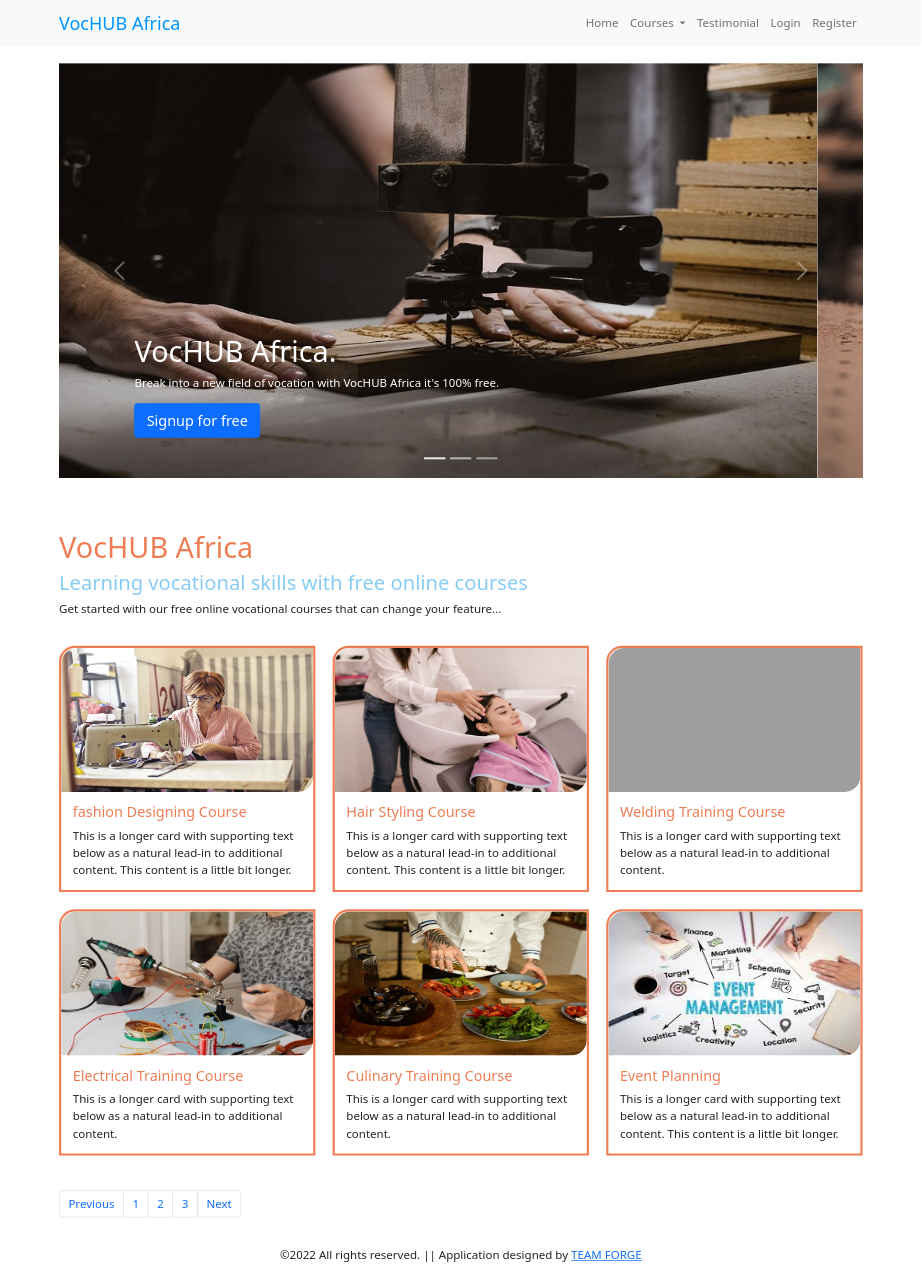
Repository: EKem01/VocHUB-Africa-Project
Page: / (app in client/)
The author's editor kept a copy of each file at every save. The page is drawn from the files as they stood at one save, then again after the next save.
The browser window is 1280 px wide. The pictures show the whole page, at 72% of full size.
Pictures or frames that could not be fetched are drawn as grey boxes. The project was rebuilt for these pictures with package versions that can differ from the ones it lists, and the page was loaded fresh each time. Also part of the build but not shown: client/angular.json, client/src/app/components/login/login.component.ts, client/src/app/components/register/register.component.ts, client/src/app/components/courses/fashion-designing/fashion-designing.component.ts, client/src/app/components/courses/hair-styling/hair-styling.component.ts, client/src/app/components/dashboard/dashboard.component.ts, client/src/app/components/logout/logout.component.ts, client/src/app/components/mentorship/mentorship.component.ts.

Above is the page before, as saved 2022-06-13 23:19:05.

### client/src/index.html
<!doctype html>
<html lang="en">
<head>
  <meta charset="utf-8">
  <title>Vochub-Africa</title>
  <base href="/">
  <link href="https://cdn.jsdelivr.net/npm/bootstrap@5.0.2/dist/css/bootstrap.min.css" rel="stylesheet" integrity="sha384-EVSTQN3/azprG1Anm3QDgpJLIm9Nao0Yz1ztcQTwFspd3yD65VohhpuuCOmLASjC" crossorigin="anonymous">
  <meta name="viewport" content="width=device-width, initial-scale=1">
  <link rel="icon" type="image/x-icon" href="favicon.ico">
</head>
<body>
  <app-root></app-root>
  <script src="https://code.jquery.com/jquery-3.6.0.js" integrity="sha256-H+K7U5CnXl1h5ywQfKtSj8PCmoN9aaq30gDh27Xc0jk=" crossorigin="anonymous"></script>
  <script src="https://cdn.jsdelivr.net/npm/bootstrap@5.0.2/dist/js/bootstrap.bundle.min.js" integrity="sha384-MrcW6ZMFYlzcLA8Nl+NtUVF0sA7MsXsP1UyJoMp4YLEuNSfAP+JcXn/tWtIaxVXM" crossorigin="anonymous"></script>
</body>
</html>

### client/src/app/app.module.ts
import { NgModule } from '@angular/core';
import { FormsModule } from '@angular/forms';
import { BrowserModule } from '@angular/platform-browser';
import { AppRoutingModule } from './app-routing.module';
import { AppComponent } from './app.component';
import { NavbarComponent } from './components/navbar/navbar.component';
import { HomeComponent } from './components/home/home.component';
import { LoginComponent } from './components/login/login.component';
import { RegisterComponent } from './components/register/register.component';
import { NgbModule } from '@ng-bootstrap/ng-bootstrap';
import { HttpClientModule } from '@angular/common/http';
import { FashionDesigningComponent } from './components/courses/fashion-designing/fashion-designing.component';
import { HairStylingComponent } from './components/courses/hair-styling/hair-styling.component';
import { DashboardComponent } from './components/dashboard/dashboard.component';
import { LogoutComponent } from './components/logout/logout.component';
import { MentorshipComponent } from './components/mentorship/mentorship.component';

@NgModule({
  declarations: [
    AppComponent,
    NavbarComponent,
    HomeComponent,
    LoginComponent,
    LogoutComponent,
    RegisterComponent,
    FashionDesigningComponent,
    HairStylingComponent,
    DashboardComponent,
    LogoutComponent,
    MentorshipComponent
  ],
  imports: [
    BrowserModule,
    AppRoutingModule,
    FormsModule,
    NgbModule,
    HttpClientModule
  ],
  providers: [],
  bootstrap: [AppComponent]
})
export class AppModule { }

### client/src/app/app-routing.module.ts
import { RouterModule, Routes } from '@angular/router';
import { NgModule } from '@angular/core';
import { HomeComponent } from './components/home/home.component';
import { LoginComponent } from './components/login/login.component';
import { RegisterComponent } from './components/register/register.component';
import { FashionDesigningComponent } from './components/courses/fashion-designing/fashion-designing.component';
import { HairStylingComponent } from './components/courses/hair-styling/hair-styling.component';
import { DashboardComponent } from './components/dashboard/dashboard.component';




const appRoutes: Routes = [
    { path: '', component: HomeComponent},
    { path: 'register', component: RegisterComponent},
    { path: 'login', component: LoginComponent},
    { path: 'hair', component: HairStylingComponent},
    { path: 'fashion', component: FashionDesigningComponent},
    { path: 'dashboard', component: DashboardComponent}
    //{ path: '', redirectTo: '/home', pathMatch: 'full' },
    //{ path: '**', component: NotFoundComponent }
  ]

@NgModule({
    declarations: [],
    imports: [RouterModule.forRoot(appRoutes)],
    providers: [],
    bootstrap: [],
    exports: [RouterModule]
  })
  export class AppRoutingModule { }

### client/src/app/app.component.ts
import { Component } from '@angular/core';

@Component({
  selector: 'app-root',
  templateUrl: './app.component.html',
  styleUrls: ['./app.component.css']
})
export class AppComponent {
  title = 'vochub-elearning';
}

### client/src/app/components/navbar/navbar.component.html
<nav class="navbar navbar-expand-lg navbar-light bg-light mb-4">
    <div class="container">
        <a class="navbar-brand" routerLink="/">VocHUB Africa</a>
        <button class="navbar-toggler" type="button" data-bs-toggle="collapse" data-bs-target="#navbarSupportedContent"
            aria-controls="navbarSupportedContent" aria-expanded="false" aria-label="Toggle navigation">
            <span class="navbar-toggler-icon"></span>
        </button>
        <div class="collapse navbar-collapse" id="navbarSupportedContent">
            <ul class="navbar-nav me-auto mb-2 mb-lg-0"> </ul>
            <ul class="nav navbar-nav navbar-right">
              <li><a class="nav-link" aria-current="page" routerLink="/">Home</a></li>
              <li class="nav-item dropdown">
                  <a class="nav-link dropdown-toggle" href="#" id="navbarDropdown" role="button" data-bs-toggle="dropdown" aria-expanded="false">
                    Courses
                  </a>
                  <ul class="dropdown-menu" aria-labelledby="navbarDropdown">
                    <li><a class="dropdown-item" routerLink="/course">Arts and craft</a></li>
                    <li><a class="dropdown-item" routerLink="/course">Electrician</a></li>
                    <li><a class="dropdown-item" routerLink="course">Welding</a></li>
                    <li><a class="dropdown-item" routerLink="/fashion">Fashion Designing</a></li>
                    <li><a class="dropdown-item" routerLink="/course">Graphic Designing</a></li>
                    <li><a class="dropdown-item" routerLink="/course">Culinary Arts</a></li>
                    <li><a class="dropdown-item" routerLink="/course">Event planning</a></li>
                    <li><a class="dropdown-item" routerLink="/hair">Hair Styling</a></li>
                  </ul>
                </li>
                <li><a class="nav-link" routerLink="/testimonial">Testimonial</a></li>
                <li><a class="nav-link" routerLink="/login">Login</a></li>
                <li><a class="nav-link" routerLink="/register">Register</a></li>
            </ul>
        </div>
    </div>
  </nav>

  <div class="container">
    <router-outlet></router-outlet>
  </div>
  <br>

  <footer class="text-center">
    <div class="container">
      <p>&copy;2022 All rights reserved. || Application designed by <a href="#">TEAM FORGE</a></p>
    </div>
  </footer>

### client/src/app/components/navbar/navbar.component.css
button{
    border-radius: 10px;
}
.navbar-brand{
    color: #0096FF;
    font-size: 25px;
}

### client/src/app/components/home/home.component.html
<div id="myCarousel" class="carousel slide" data-bs-ride="carousel">
  <div class="carousel-indicators">
    <button type="button" data-bs-target="#myCarousel" data-bs-slide-to="0" class="active" aria-current="true"
      aria-label="Slide 1"></button>
    <button type="button" data-bs-target="#myCarousel" data-bs-slide-to="1" aria-label="Slide 2"></button>
    <button type="button" data-bs-target="#myCarousel" data-bs-slide-to="2" aria-label="Slide 3"></button>
  </div>
  <div class="carousel-inner">
    <div class="carousel-item active">
      <img src="assets/img/shevet.jpg" class="d-block w-100" alt="...">

      <div class="container">
        <div class="carousel-caption text-start">
          <h1>VocHUB Africa.</h1>
          <p>Break into a new field of vocation with VocHUB Africa it's 100% free.</p>
          <p><a class="btn btn-lg btn-primary course-btn" routerLink="/register">Signup for free</a></p>
        </div>
      </div>
    </div>
    <div class="carousel-item">
      <img src="assets/img/cley.jpg" class="d-block w-100" alt="...">

      <div class="container">
        <div class="carousel-caption text-start">
          <h1>Learn without limits.</h1>
          <p>Start your vocational career with more than 1,000 courses with VocHUB Africa.</p>
          <p><a class="btn btn-lg btn-primary course-btn" routerLink="/register">Learn more...</a></p>
        </div>
      </div>
    </div>
    <div class="carousel-item">
      <img src="assets/img/T1.jpg" class="d-block w-100" alt="...">

      <div class="container">
        <div class="carousel-caption text-start">
          <h1>Start leraning for free.</h1>
          <p>Free vocational online courses with VocHUB Africa.</p>
          <p><a class="btn btn-lg btn-primary course-btn" routerLink="/register">Courses</a></p>
        </div>
      </div>
    </div>
  </div>
  <button class="carousel-control-prev" type="button" data-bs-target="#myCarousel" data-bs-slide="prev">
    <span class="carousel-control-prev-icon" aria-hidden="true"></span>
    <span class="visually-hidden">Previous</span>
  </button>
  <button class="carousel-control-next" type="button" data-bs-target="#myCarousel" data-bs-slide="next">
    <span class="carousel-control-next-icon" aria-hidden="true"></span>
    <span class="visually-hidden">Next</span>
  </button>
</div>
<br>
<br>
<br>


<section class="courses">
  <h1>VocHUB Africa</h1>
  <h3>Learning vocational skills with free online courses</h3>
  <p>Get started with our free online vocational courses that can change your feature...</p><br>
  <div class="row row-cols-1 row-cols-md-3 g-4">
    <div class="col">
      <div class="card">
        <a routerLink="/fashion">
          <img src="assets/img/T2.jpg" class="card-img-top" alt="...">
        </a>
        <div class="card-body">
          <div class="course">
            <h5><a routerLink="/fashion">fashion Designing Course</a></h5>
          </div>
          <p class="card-text">This is a longer card with supporting text below as a natural lead-in to additional
            content. This content is a little bit longer.</p>
        </div>
      </div>
    </div>

    <div class="col">
      <div class="card">
        <a routerLink="/hair">
          <img src="assets/img/hair.jpg" class="card-img-top" alt="...">
        </a>
        <div class="card-body">
          <div class="course">
            <h5><a routerLink="/hair">Hair Styling Course</a></h5>
          </div>
          <p class="card-text">This is a longer card with supporting text below as a natural lead-in to additional
            content. This content is a little bit longer.</p>
        </div>
      </div>
    </div>
    <div class="col">
      <div class="card">
        <img src="assets/img/welding.jpg" class="card-img-top" alt="...">
        <div class="card-body">
          <div class="course">
            <h5><a routerLink="#">Welding Training Course</a></h5>
          </div>
          <p class="card-text">This is a longer card with supporting text below as a natural lead-in to additional
            content.</p>
        </div>
      </div>
    </div>
    <div class="col">
      <div class="card">
        <img src="assets/img/electric.jpg" class="card-img-top" alt="...">
        <div class="card-body">
          <div class="course">
            <h5><a routerLink="#">Electrical Training Course</a></h5>
          </div>
          <p class="card-text">This is a longer card with supporting text below as a natural lead-in to additional
            content.</p>
        </div>
      </div>
    </div>
    <div class="col">
      <div class="card">
        <img src="assets/img/culinary.jpg" class="card-img-top" alt="...">
        <div class="card-body">
          <div class="course">
            <h5><a routerLink="#">Culinary Training Course</a></h5>
          </div>
          <p class="card-text">This is a longer card with supporting text below as a natural lead-in to additional
            content.</p>
        </div>
      </div>
    </div>
    <div class="col">
      <div class="card">
        <img src="assets/img/event.jpg" class="card-img-top" alt="...">
        <div class="card-body">
          <div class="course">
            <h5><a routerLink="/fashion">Event Planning</a></h5>
          </div>
          <p class="card-text">This is a longer card with supporting text below as a natural lead-in to additional
            content.
            This content is a little bit longer.</p>
        </div>
      </div>
    </div>
  </div>
</section>
<br>
<br>

<section class="pagination">
  <nav aria-label="Page navigation example">
    <ul class="pagination">
      <li class="page-item"><a class="page-link" href="#">Previous</a></li>
      <li class="page-item"><a class="page-link" href="#">1</a></li>
      <li class="page-item"><a class="page-link" href="#">2</a></li>
      <li class="page-item"><a class="page-link" href="#">3</a></li>
      <li class="page-item"><a class="page-link" href="#">Next</a></li>
    </ul>
  </nav>
</section>

### client/src/app/components/home/home.component.css
img{
    width: 100%;
    height: 80vh;
}
.courses h1{
    color: rgb(238, 125, 84);
}
.courses h3{
    color:  rgb(134, 204, 245);
}
.card{
    border-radius: 22px 0px 0 0;
    border: 3px solid rgb(238, 125, 84);
}
.card img{
    height: 200px;
    border-radius: 22px 0px;
}
.course a{
    text-decoration: none;
    color: rgb(238, 125, 84);
}

Loaded but not shown: client/src/styles.css (common file); client/src/main.ts (common file); client/src/environments/environment.ts (common file); client/src/app/components/navbar/navbar.component.ts (common file); client/src/app/components/home/home.component.ts (common file); client/src/app/app.component.html (common file); client/src/app/app.component.css (no stored copy; drawn as an empty file)

After the next save:
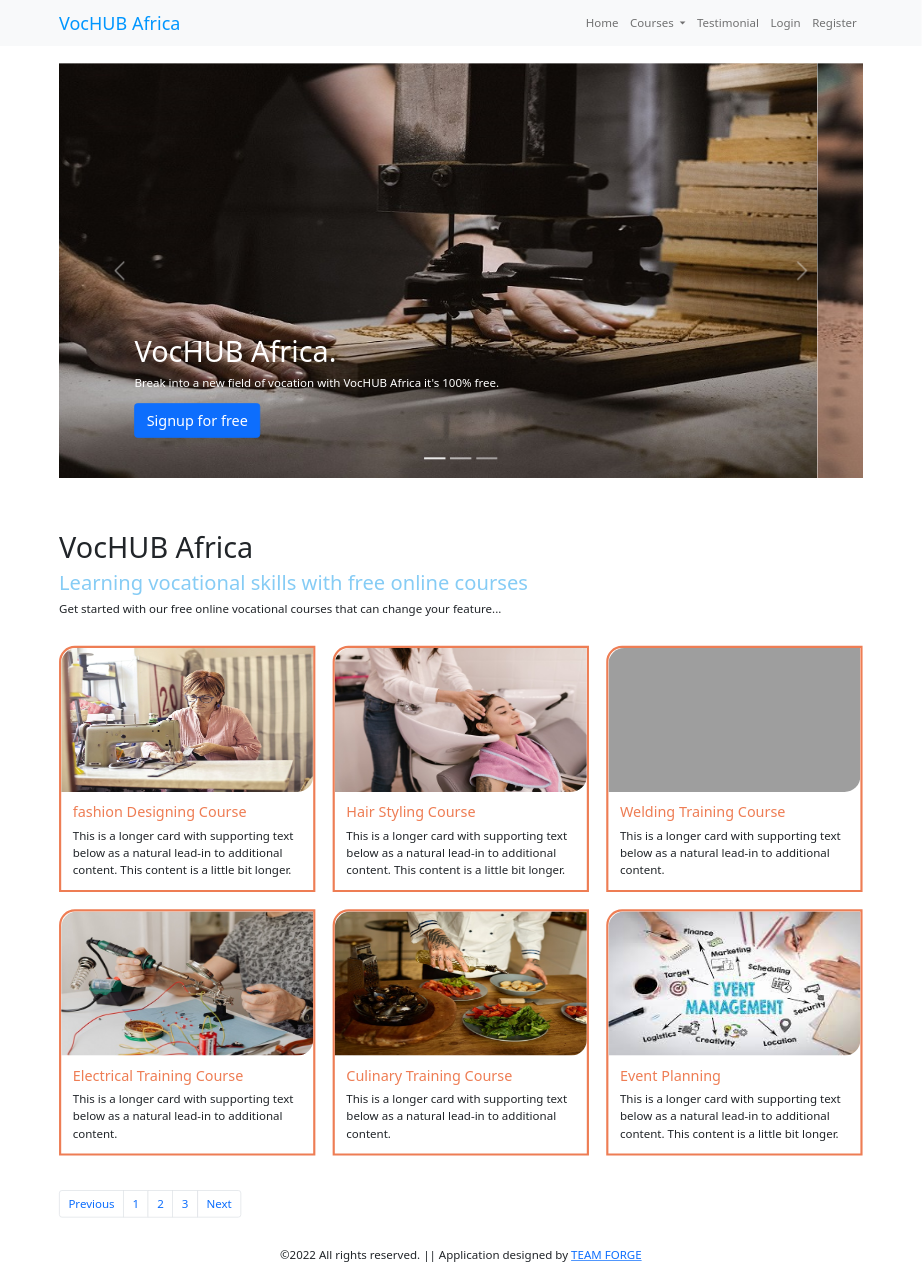
Saved 5 s later.
--- a/client/src/app/components/home/home.component.css
+++ b/client/src/app/components/home/home.component.css
@@ -2,6 +2,7 @@
     width: 100%;
     height: 80vh;
 }
+.course
 .courses h1{
     color: rgb(238, 125, 84);
 }

After the save that followed:
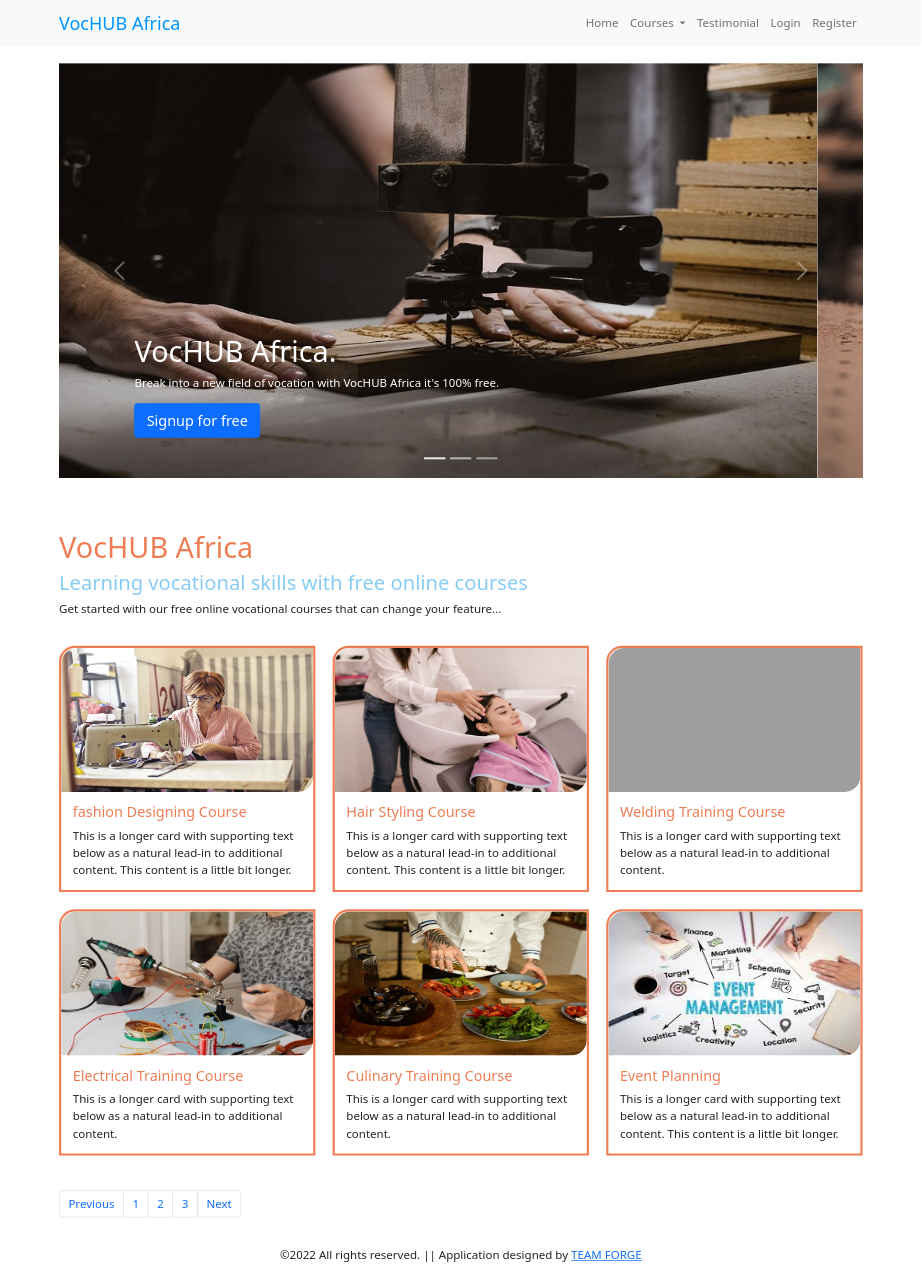
Saved 4 s later.
--- a/client/src/app/components/home/home.component.css
+++ b/client/src/app/components/home/home.component.css
@@ -2,7 +2,9 @@
     width: 100%;
     height: 80vh;
 }
-.course
+.course-btn{
+
+}
 .courses h1{
     color: rgb(238, 125, 84);
 }
